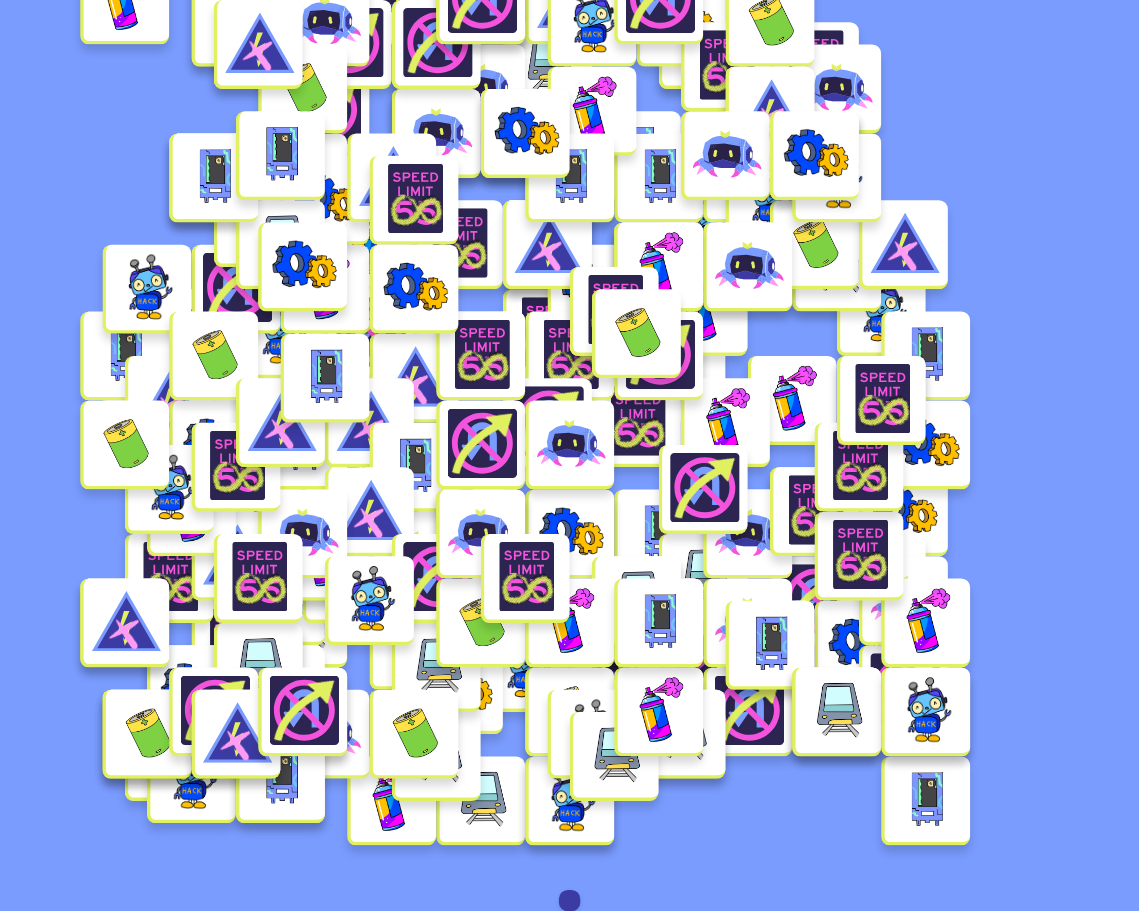
Repository: Avril-Cui/hack-puzzle
Page: / (app in client/)
These files come from the project's save history. The page is drawn as it stood at one moment and after the next save; the edit follows.
The browser window is 1280 px wide. The pictures show the whole page, at 89% of full size.
The project was rebuilt for these pictures with package versions that can differ from the ones it lists, and the page was loaded fresh each time. The framework's server and built-in components were replaced by stand-ins that run in the browser. Also part of the build but not shown: client/next.config.ts.

Above is the page before, as saved 2025-06-11 19:50:22.

### client/app/page.tsx
import Game from "../components/Game";

export default function Home() {
  return (
    <div>
      <Game />
    </div>
  );
}

### client/app/globals.css
@import "tailwindcss";

:root {
  --background: #7A9CFF;
}

@theme inline {
  --color-background: var(--background);
  --color-foreground: var(--foreground);
  --font-sans: var(--font-geist-sans);
  --font-mono: var(--font-geist-mono);
}

@media (prefers-color-scheme: dark) {
  :root {
    --background: #7A9CFF;
  }
}

body {
  background: var(--background);
  color: var(--foreground);
  font-family: Arial, Helvetica, sans-serif;
}

### client/components/Game.tsx
"use client";
import React, { useEffect, useState } from "react";
import styles from "./Game.module.css";

interface Tile {
  id: string;
  x: number;
  y: number;
  z: number;
  status: number;
  isCover: boolean;
  iconName: string;
}

const CELL_SIZE = 100;
const ICONS = ["🍀", "🌈", "⚙️", "🐏", "🐯", "🐤", "📚", "🧠", "💻", "🐼"];

const PuzzleGame: React.FC = () => {
  const [tiles, setTiles] = useState<Tile[]>([]);
  const [queue, setQueue] = useState<Tile[]>([]);

  useEffect(() => {
    fetch("/scene.json")
      .then((res) => res.json())
      .then((data) => {
        setTiles(data);
      });
  }, []);

  const handleClick = (tile: Tile) => {
    if (tile.isCover || tile.status !== 0 || queue.length >= 7) return;
    setQueue((prev) => [...prev, tile]);
    setTiles((prev) =>
      prev.map((t) => (t.id === tile.id ? { ...t, status: 1 } : t))
    );
  };

  const getEmoji = (iconName: string): string => {
    const index = parseInt(iconName.replace("icon_", ""));
    return ICONS[index] || "❓";
  };

  const getIconPath = (iconName: string): string => {
    const extMap: Record<string, string> = {
      icons0: "svg",
      icons1: "png",
      icons2: "png",
      icons3: "png",
      icons4: "svg",
      icons5: "jpg",
      icons6: "jpg",
      icons7: "jpg",
      icons8: "svg",
      icons9: "svg",
    };
    const ext = extMap[iconName] || "png";
    return `/icons/${iconName}.${ext}`;
  };

  return (
    <div className={styles.gameContainer}>
      <div className={styles.tileBoard}>
        {tiles.map((tile) => (
          <div
            key={tile.id}
            className={`${styles.tile} ${tile.isCover ? styles.covered : ""}`}
            style={{
              left: tile.x,
              top: tile.y,
              zIndex: tile.z,
            }}
            onClick={() => handleClick(tile)}
          >
            <div
              className={styles.tileInner}
              style={{ opacity: tile.status < 2 ? 1 : 0 }}
            >
              <img
                src={getIconPath(tile.iconName)}
                alt={tile.iconName}
                className={styles.tileInner}
                style={{ opacity: tile.status < 2 ? 1 : 0 }}
              />
            </div>
          </div>
        ))}
      </div>

      <div className={styles.queueBar}>
        {queue.map((tile) => (
          <div key={tile.id} className={styles.queueTile}>
            <img
              src={getIconPath(tile.iconName)}
              alt={tile.iconName}
              className={styles.tileInner}
              style={{ opacity: tile.status < 2 ? 1 : 0 }}
            />
          </div>
        ))}
      </div>
    </div>
  );
};

export default PuzzleGame;

### client/components/Game.module.css
.gameContainer {
    display: flex;
    flex-direction: column; /* Stack children vertically */
    align-items: center; /* Optional: center horizontally */
  }

.tileBoard {
  position: relative;
  width: 1000px;
  height: 900px;
  background-color: transparent; /* remove green board background */
}

.tile {
  position: absolute;
  width: 100px;
  height: 100px;
  background: white;
  border-radius: 10px;
  font-size: 40px;
  border-left: 4px solid #E1F060;
  border-bottom: 4px solid #E1F060;
  display: flex;
  align-items: center;
  justify-content: center;
  transition: transform 0.2s ease, opacity 0.3s ease;
  box-shadow: 0 8px 10px rgba(0, 0, 0, 0.15);
  cursor: pointer;
}

.tileInner {
  width: 100%;
  height: 100%;
  display: flex;
  justify-content: center;
  align-items: center;
  overflow: hidden;
  padding: 5%; /* optional, for consistent inner margin */
}

.tileInner img {
  max-width: 100%;
  max-height: 100%;
  object-fit: contain;
  pointer-events: none;
}

.covered {
  background: #ccc;
  opacity: 0.4;
  pointer-events: none;
}

.queueBar {
  margin-top: 100px;
  display: flex;
  justify-content: center;
  gap: 12px;
  padding: 12px;
  background: #3c3aa3;
  border-radius: 10px;
  box-shadow: 0 2px 6px rgba(0, 0, 0, 0.1);
}

.queueTile {
  width: 100px;
  height: 100px;
  background: white;
  border-radius: 10px;
  font-size: 40px;
  display: flex;
  align-items: center;
  justify-content: center;
  box-shadow: 0 2px 6px rgba(0, 0, 0, 0.1);
}

Loaded but not shown: client/app/layout.tsx (common file); client/public/scene.json (2162 lines, source omitted)

After the next save:
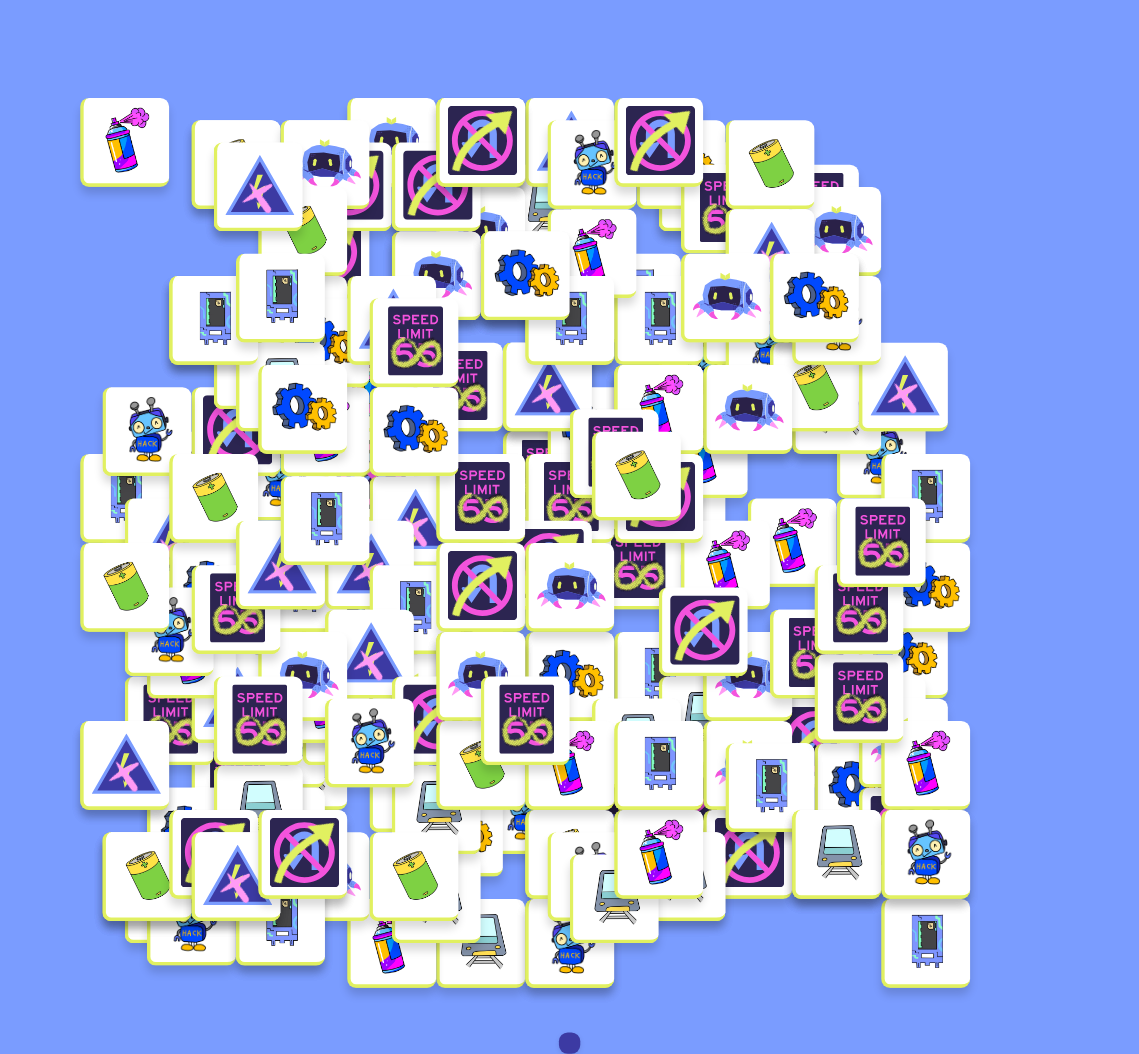
Saved 11 s later.
--- a/client/components/Game.module.css
+++ b/client/components/Game.module.css
@@ -1,8 +1,9 @@
 .gameContainer {
-    display: flex;
-    flex-direction: column; /* Stack children vertically */
-    align-items: center; /* Optional: center horizontally */
-  }
+  display: flex;
+  flex-direction: column;
+  align-items: center;
+  margin-top: 10em;
+}
 
 .tileBoard {
   position: relative;
@@ -18,8 +19,8 @@
   background: white;
   border-radius: 10px;
   font-size: 40px;
-  border-left: 4px solid #E1F060;
-  border-bottom: 4px solid #E1F060;
+  border-left: 4px solid #e1f060;
+  border-bottom: 4px solid #e1f060;
   display: flex;
   align-items: center;
   justify-content: center;
